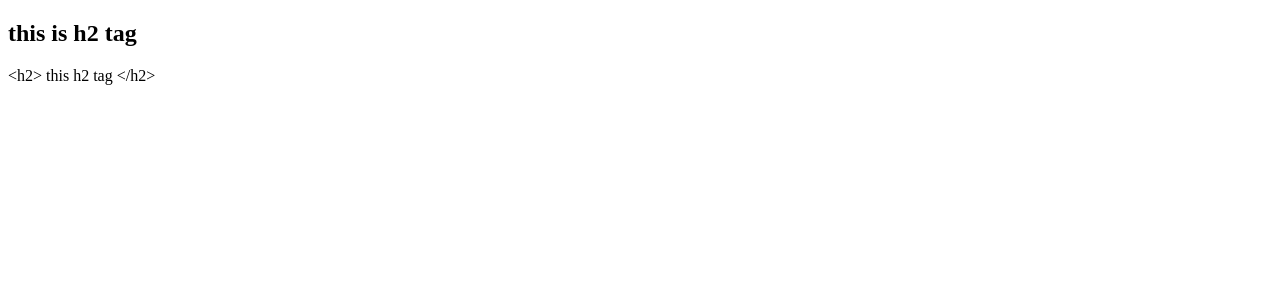
Repository: viveknaidu007/repo-113-HTML
Page: 4.html
These files come from the project's save history. The page is drawn as it stood at one moment and after the next save; the edit follows.
The browser window is 1280 px wide. The pictures show the whole page.

Above is the page before, as saved 2024-06-10 22:36:16.

### 4.html
<!DOCTYPE html>
<html>
    <head>
        <title> entity Demo</title>
    </head>

    <body>
        <h2> this is h2 tag</h2>
        &lt;h2&gt; this h2 tag &lt;/h2&gt;
    </body>
</html>

After the next save:
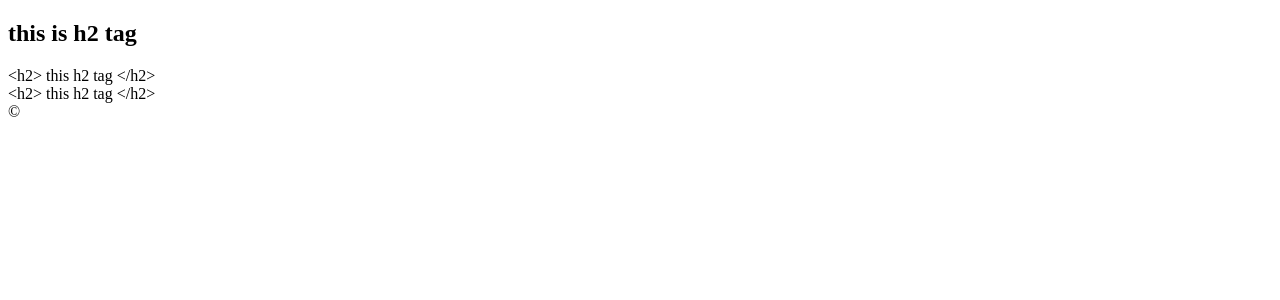
Saved 4 min 5 s later.
--- a/4.html
+++ b/4.html
@@ -6,6 +6,8 @@
 
     <body>
         <h2> this is h2 tag</h2>
-        &lt;h2&gt; this h2 tag &lt;/h2&gt;
+        &lt;h2&gt; this h2 tag &lt;/h2&gt; <br>
+        &#60;h2&#62; this h2 tag &#60;/h2&#62; <br>
+        &copy;
     </body>
 </html>
